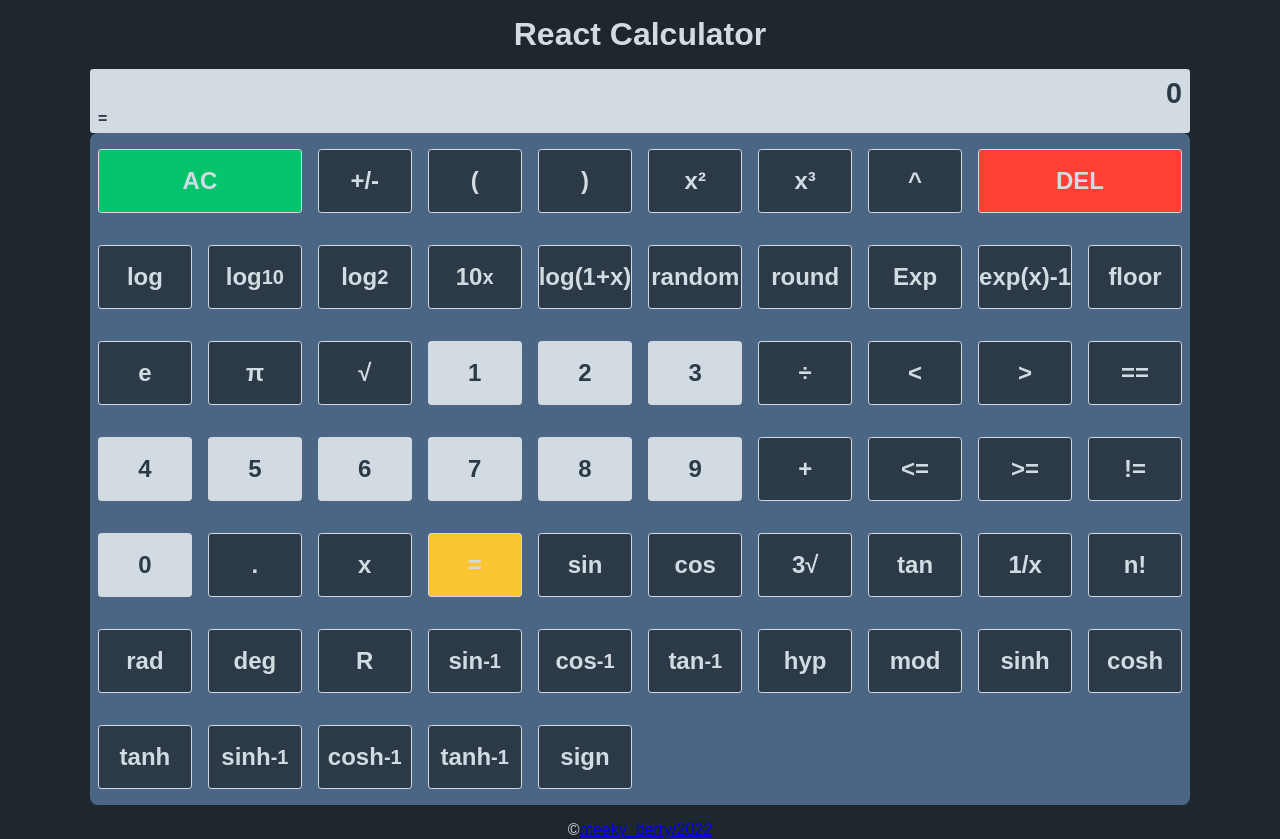
Repository: MikkyPrestige/calculator
Page: /
These files come from the project's save history. The page is drawn as it stood at one moment and after the next save; the edit follows.
The browser window is 1280 px wide. The pictures show the whole page.
The project was rebuilt for these pictures with package versions that can differ from the ones it lists, and the page was loaded fresh each time.

Above is the page before, as saved 2022-11-17 22:38:23.

After the next save:
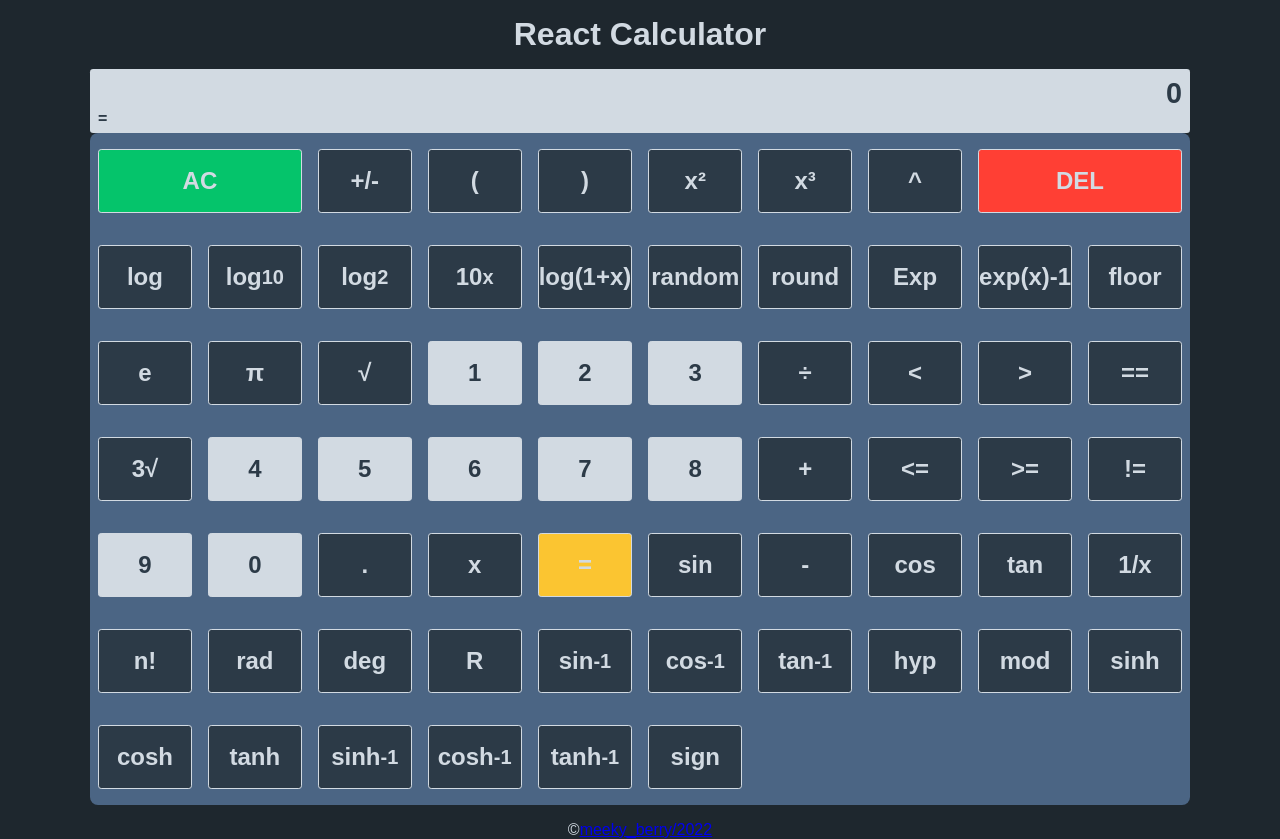
Saved 71 s later.
--- a/src/index.css
+++ b/src/index.css
@@ -200,8 +200,8 @@ body {
 }
 
 .cubeRoot {
-  grid-column: 7 / 8;
-  grid-row: 5 / 6;
+  grid-column: 1 / 2;
+  grid-row: 4 / 5;
 }
 
 .minus {
